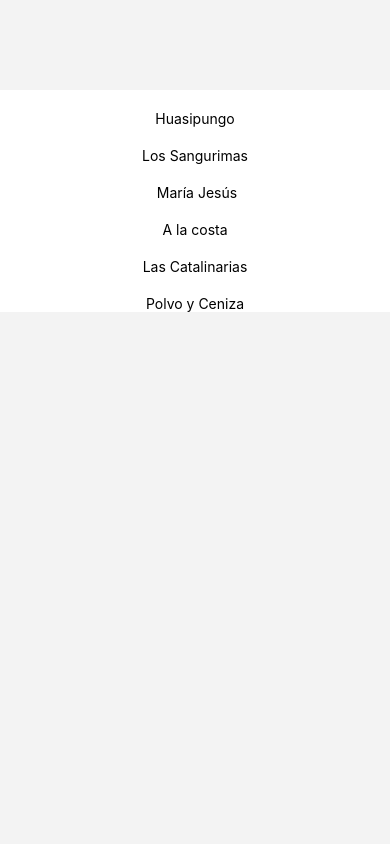
Repository: Henrybaio24/app-lista-libros
Screen: /
The author's editor kept a copy of each file at every save. The screen is drawn from the files as they stood at one save, then again after the next save.
The app was drawn by React Native's web renderer in a window 390 px wide. The project was rebuilt for these pictures with package versions that can differ from the ones it lists, and the page was loaded fresh each time.

Above is the screen before, as saved 2020-02-03 20:01:10.

After the next save:
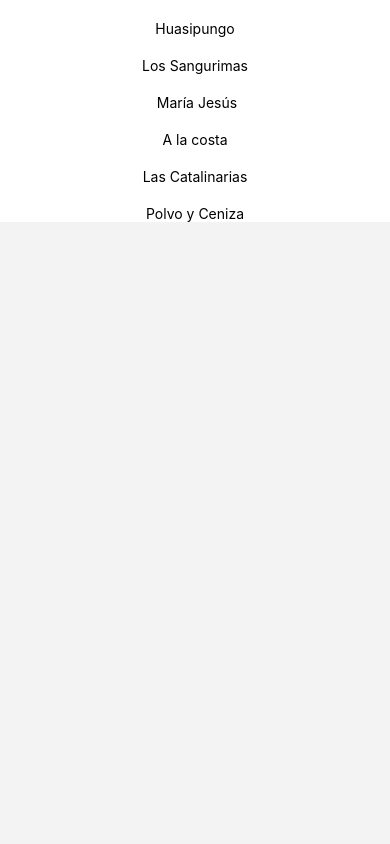
Saved 4 s later.
--- a/App.js
+++ b/App.js
@@ -41,7 +41,7 @@ const styles = StyleSheet.create({
   },
   list: {
     flex: 1,
-    paddingTop: 90,
+    paddingTop: 0,
     backgroundColor: '#F3F3F3'
   },
 });
